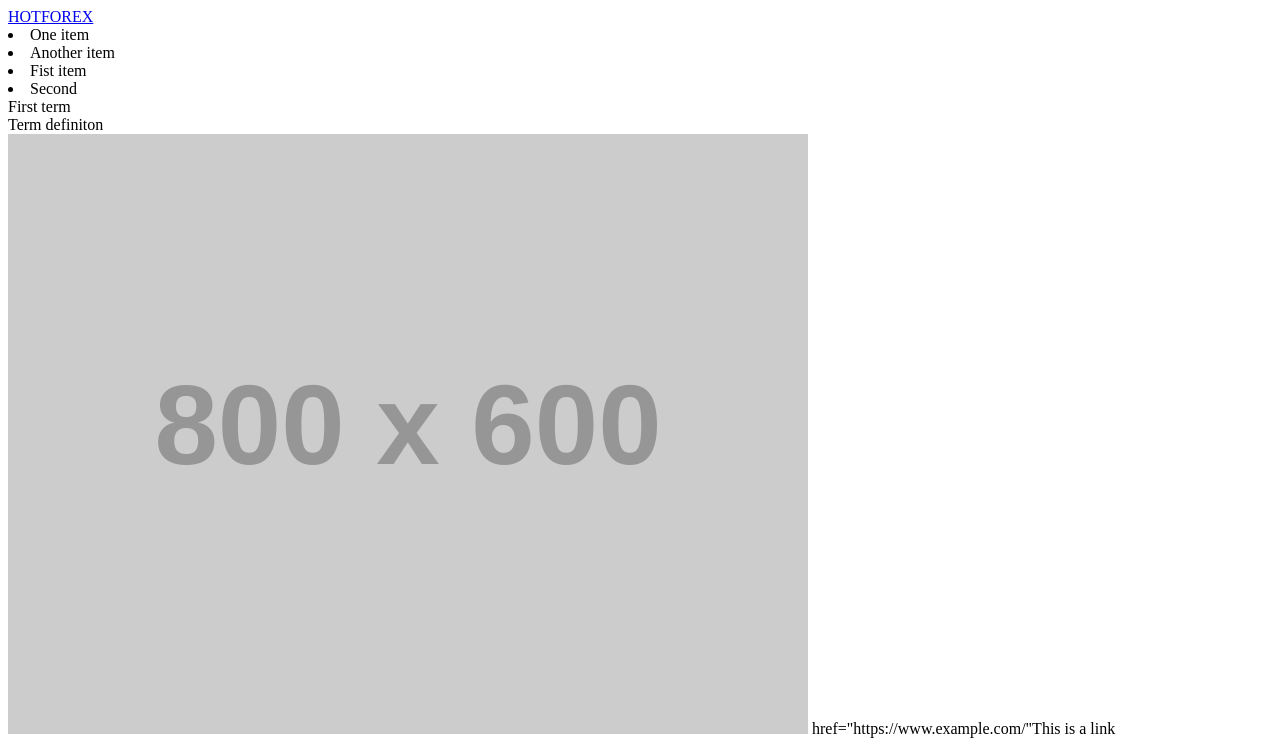
Repository: brianratemo/images.html
Page: hot1.html
These files come from the project's save history. The page is drawn as it stood at one moment and after the next save; the edit follows.
The browser window is 1280 px wide. The pictures show the whole page.

Above is the page before, as saved 2023-03-20 18:49:35.

After the next save:
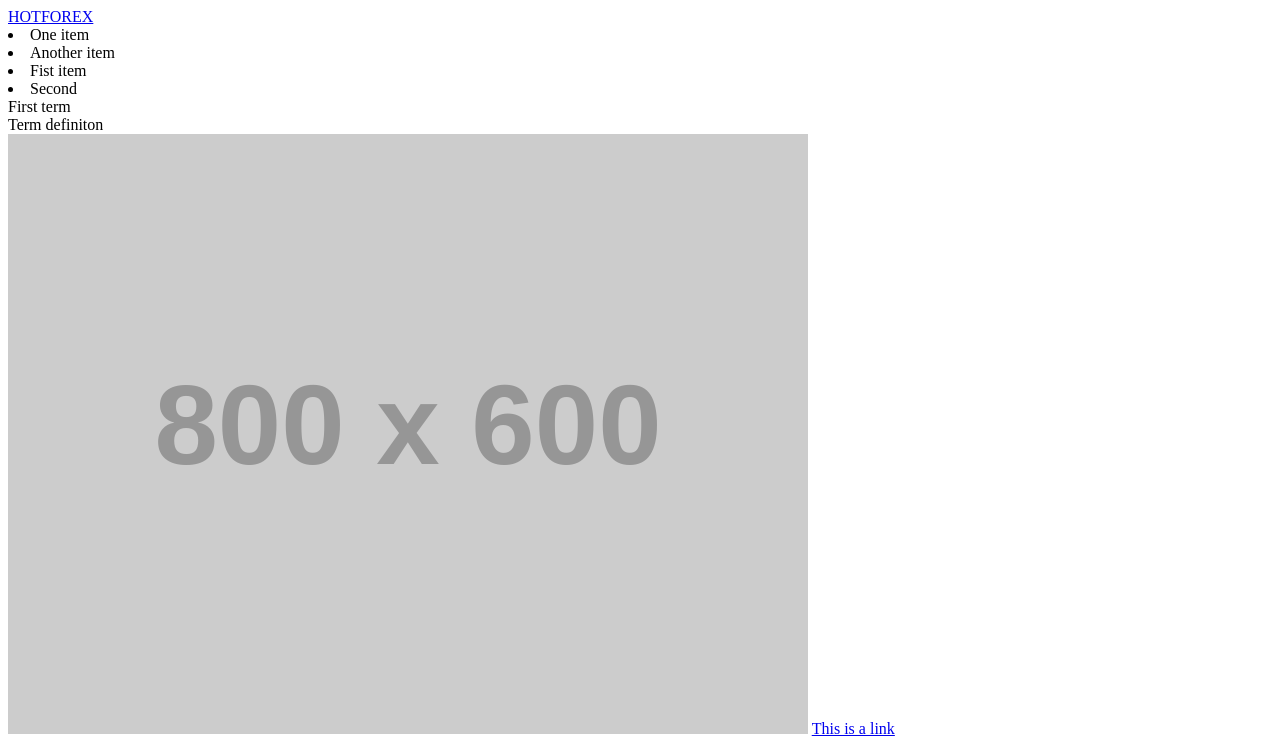
Saved 83 s later.
--- a/hot1.html
+++ b/hot1.html
@@ -20,4 +20,4 @@
     alt="Alternative Text"
     title="Display Title"
     widht="800" height="600" />
-<a> href="https://www.example.com/"This is a link</a>
+<a href="https://www.example.com">This is a link</a>
